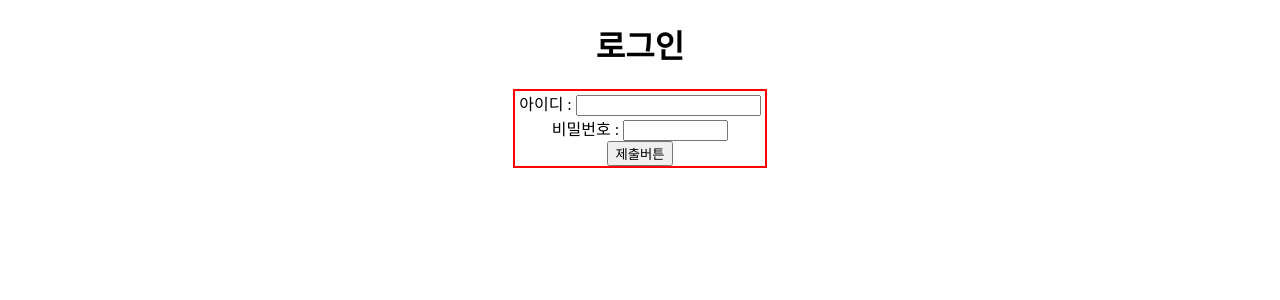
Repository: JaySurplusYoon/JSP_Servlet
Page: jsp01/WebContent/Human_info.html
These files come from the project's save history. The page is drawn as it stood at one moment and after the next save; the edit follows.
The browser window is 1280 px wide. The pictures show the whole page.

Above is the page before, as saved 2017-08-10 14:42:19.

### jsp01/WebContent/Human_info.html
<!DOCTYPE html>
<html>
<head>
<meta charset="UTF-8">
<title>회원정보</title>
<style>
	#loginFormArea{
		text-align : center;
		width : 250px;
		margin : auto;
		border : 2px solid red;
	}
	h1{
		text-align : center;
	}
</style>
</head>
<body>
	<h1>로그인</h1>
	<section id  = "loginFormArea">
	<form action="HI" method="get">
	<label id = "id">아이디 :</label>
		<input type= "text" name= "id" id="id"/> <br>
	<label pw = "password">비밀번호 :</label>
		<input type = "password" name="pw" size='10'><br>

	<input type="submit" value="제출버튼">
	</form>
	</section>

</body>
</html>

After the next save:
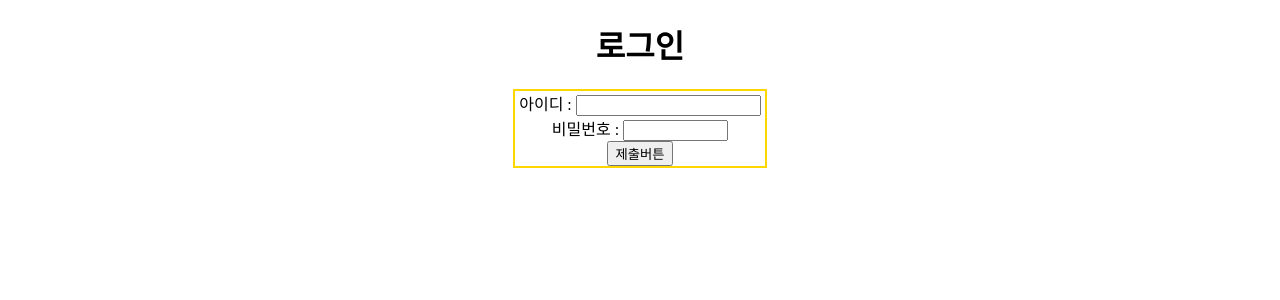
Saved 15 s later.
--- a/jsp01/WebContent/Human_info.html
+++ b/jsp01/WebContent/Human_info.html
@@ -8,7 +8,7 @@
 		text-align : center;
 		width : 250px;
 		margin : auto;
-		border : 2px solid red;
+		border : 2px solid gold;
 	}
 	h1{
 		text-align : center;
